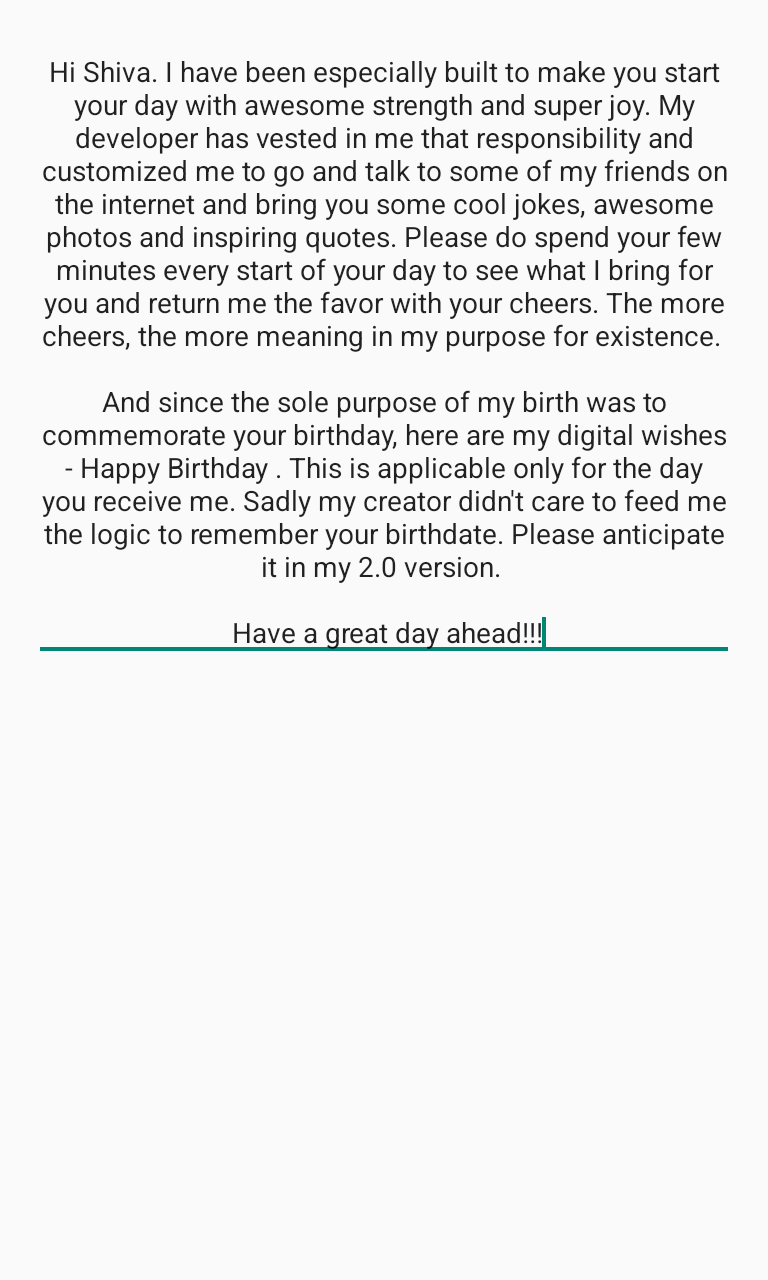
Repository: gitvas/FewMinutesEveryday
Layout: WorkspaceOne/FewMinutesEveryday/res/layout/activity_main.xml
These files come from the project's save history. The layout is drawn as it stood at one moment and after the next save; the edit follows.
It is drawn on a 768 x 1280 px phone screen (xhdpi) without system bars, with theme AppTheme; the app's code is not run.

Above is the layout before, as saved 2014-08-18 16:21:45.

### WorkspaceOne/FewMinutesEveryday/res/layout/activity_main.xml
<RelativeLayout xmlns:android="http://schemas.android.com/apk/res/android"
    xmlns:tools="http://schemas.android.com/tools"
    android:layout_width="match_parent"
    android:layout_height="match_parent"
    android:paddingBottom="@dimen/activity_vertical_margin"
    android:paddingLeft="@dimen/activity_horizontal_margin"
    android:paddingRight="@dimen/activity_horizontal_margin"
    android:paddingTop="@dimen/activity_vertical_margin"
    tools:context="com.sreenivas.fewminuteseveryday.MainActivity" >

    <EditText
        android:id="@+id/editText1"
        android:layout_width="fill_parent"
        android:layout_height="wrap_content"
        android:gravity="center"
        android:layout_centerHorizontal="true"
        android:textSize="14sp"
        android:ems="10"
        android:inputType="textMultiLine"
        android:text="@string/intro_text" >

        <requestFocus />
    </EditText>

</RelativeLayout>

### WorkspaceOne/FewMinutesEveryday/res/values/strings.xml
<?xml version="1.0" encoding="utf-8"?>
<resources>

    <string name="app_name">FewMinutesEveryday</string>
    <string name="action_settings">Settings</string>
    <string name="intro_text">Hi Shiva. I have been especially built to make you start your day with awesome strength and super joy. My developer has vested in me that responsibility and customized me to go and talk to some of my friends on the internet and bring you some cool jokes, awesome photos and inspiring quotes. Please do spend your few minutes every start of your day to see what I bring for you and return me the favor with your cheers. The more cheers, the more meaning in my purpose for existence. \n\nAnd since the sole purpose of my birth was to commemorate your birthday, here are my digital wishes - Happy Birthday . This is applicable only for the day you receive me. Sadly my creator didn\'t care to feed me the logic to remember your birthdate. Please anticipate it in my 2.0 version. \n\n Have a great day ahead!!!</string>

</resources>

Loaded but not shown: WorkspaceOne/FewMinutesEveryday/res/values/styles.xml (common file); WorkspaceOne/FewMinutesEveryday/res/values-v11/styles.xml (common file); WorkspaceOne/FewMinutesEveryday/res/values-v14/styles.xml (common file); WorkspaceOne/FewMinutesEveryday/res/values/dimens.xml (common file); WorkspaceOne/FewMinutesEveryday/res/values-w820dp/dimens.xml (common file)

After the next save:
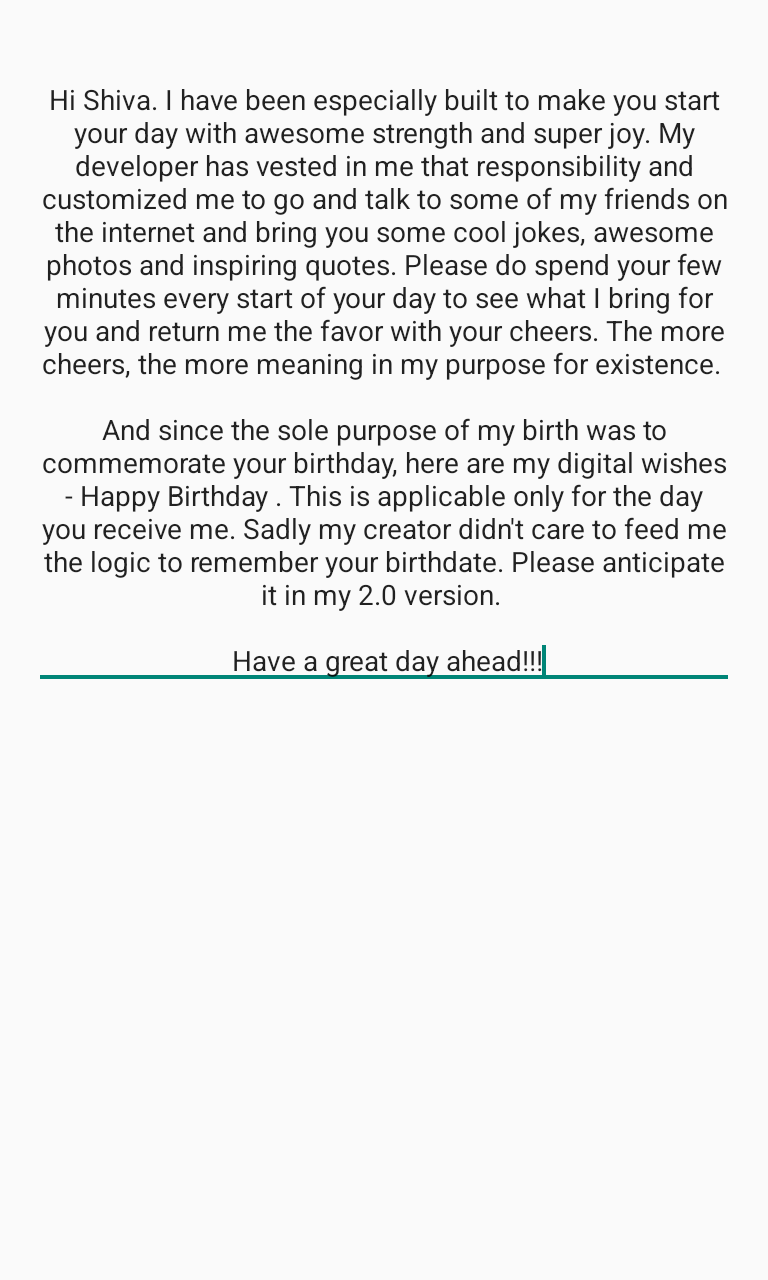
Saved 3 min 53 s later.
--- a/WorkspaceOne/FewMinutesEveryday/res/layout/activity_main.xml
+++ b/WorkspaceOne/FewMinutesEveryday/res/layout/activity_main.xml
@@ -12,12 +12,14 @@
         android:id="@+id/editText1"
         android:layout_width="fill_parent"
         android:layout_height="wrap_content"
+        android:layout_alignParentTop="true"
+        android:layout_centerHorizontal="true"
+        android:layout_marginTop="14dp"
+        android:ems="10"
         android:gravity="center"
-        android:layout_centerHorizontal="true"
-        android:textSize="14sp"
-        android:ems="10"
         android:inputType="textMultiLine"
-        android:text="@string/intro_text" >
+        android:text="@string/intro_text"
+        android:textSize="14sp" >
 
         <requestFocus />
     </EditText>
